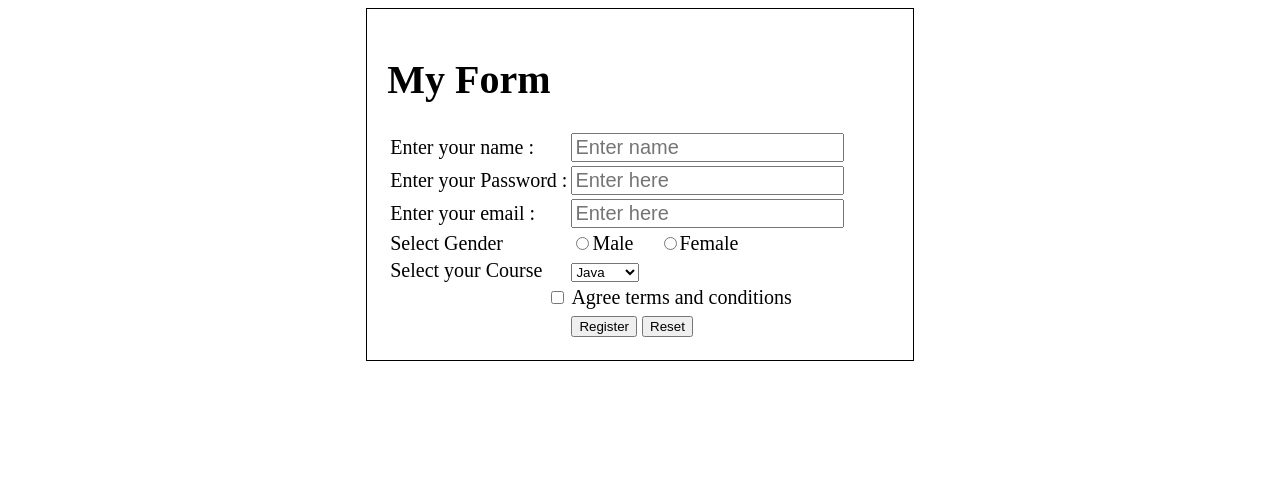
Repository: ShaileshMishr/Javanew
Page: Youtube/src/main/webapp/index.html
The author's editor kept a copy of each file at every save. The page is drawn from the files as they stood at one save, then again after the next save.
The browser window is 1280 px wide. The pictures show the whole page.

Above is the page before, as saved 2023-10-10 19:25:20.

After the next save:
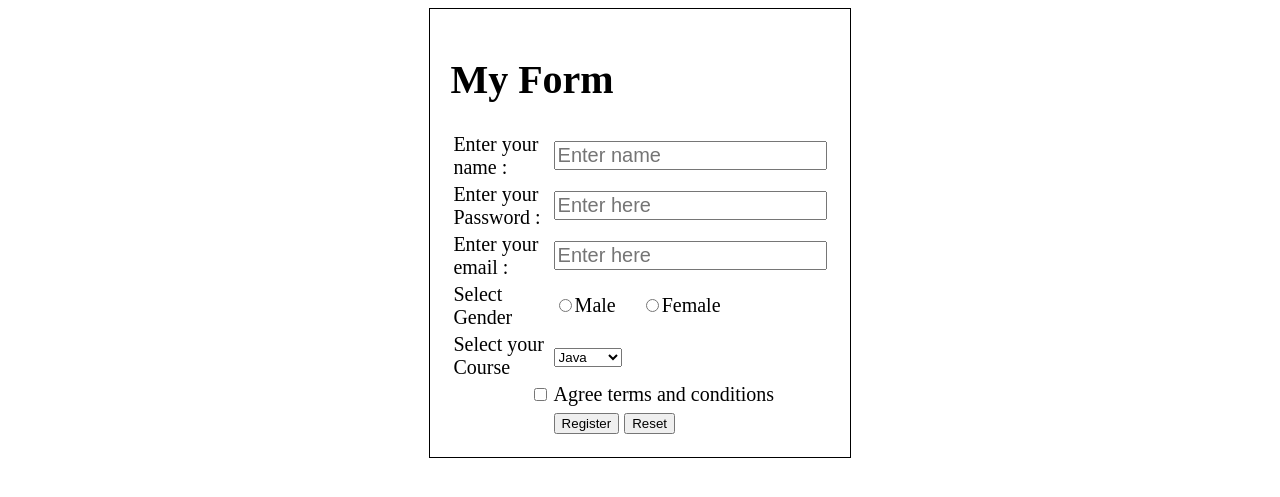
Saved 16 s later.
--- a/Youtube/src/main/webapp/index.html
+++ b/Youtube/src/main/webapp/index.html
@@ -6,7 +6,7 @@
 
 <style>
 	.container{
-		width: 40%;
+		width: 30%;
 		border: 1px solid black;
 		margin:auto;
 		padding: 20px;
